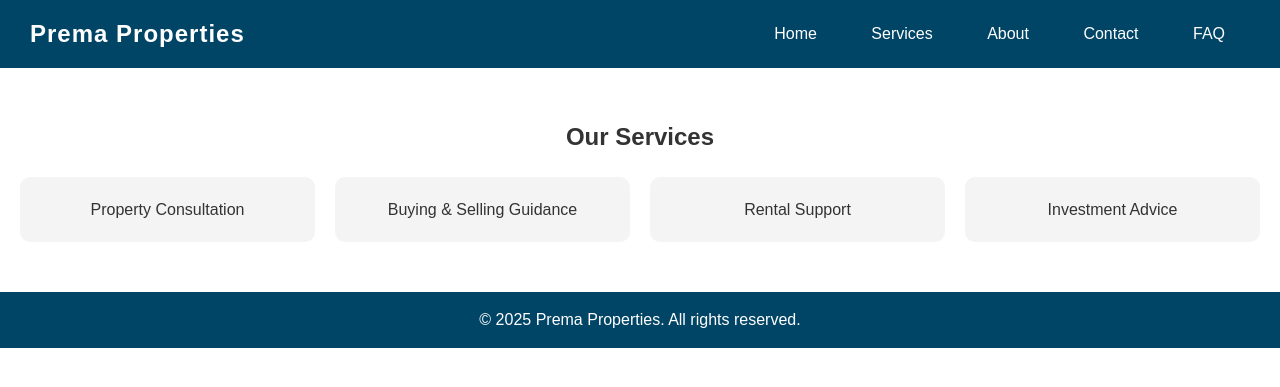
Repository: mnqobiMenzi/Prema-Properties
Page: services.html
An editor plug-in stored every save of this project. The page is shown before and after a run of saves, followed by the edit.
The browser window is 1280 px wide. The pictures show the whole page.

Above is the page before, as saved 2025-10-04 08:48:33.

After the next 2 saves:
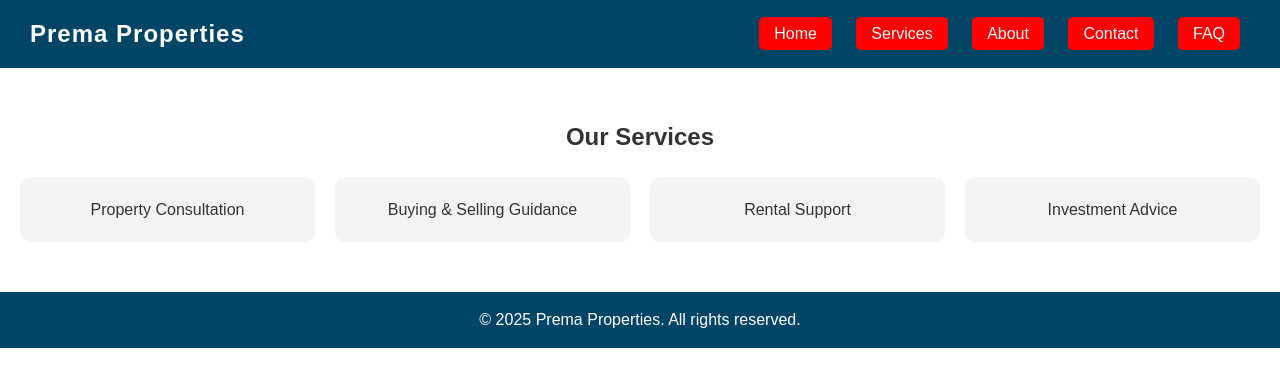
The 2 saves are shown as one change because they came seconds apart.
The last was saved 13 s later.
--- a/services.html
+++ b/services.html
@@ -12,11 +12,11 @@
   <header>
     <div class="logo">Prema Properties</div>
     <nav>
-      <a href="index.html">Home</a>
-      <a href="#services">Services</a>
-      <a href="about-us.html">About</a>
-      <a href="contact-us.html">Contact</a>
-      <a href="FAQ.html">FAQ</a>
+      <a href="index.html" class="active">Home</a>
+      <a href="#services" class="active">Services</a>
+      <a href="about-us.html" class="active">About</a>
+      <a href="contact-us.html" class="active">Contact</a>
+      <a href="FAQ.html" class="active">FAQ</a>
     </nav>
   </header>
 
